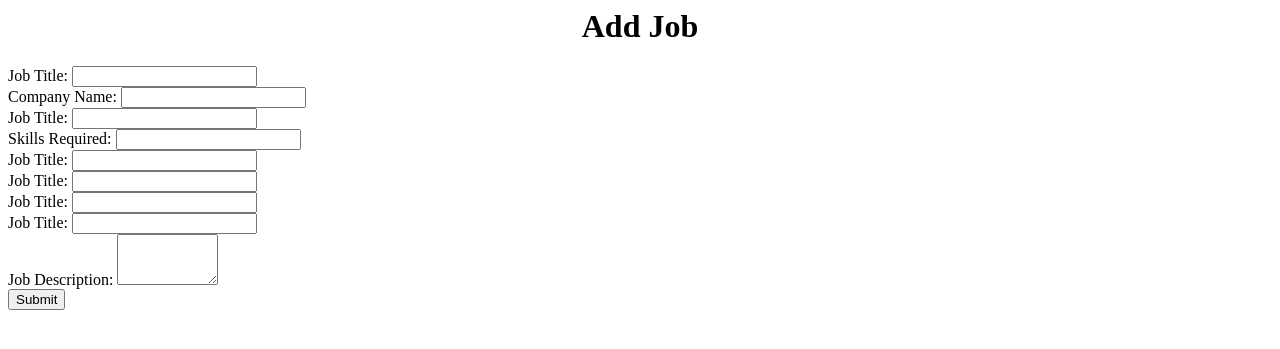
Repository: aneishkumar/AngularJS-Application
Page: Angularjs-Application-march30th/project2/WebContent/addjob.html
The author's editor kept a copy of each file at every save. The page is drawn from the files as they stood at one save, then again after the next save.
The browser window is 1280 px wide. The pictures show the whole page.

Above is the page before, as saved 2018-03-30 08:27:29.

### Angularjs-Application-march30th/project2/WebContent/addjob.html
<h1><center>Add Job</center></h1>
<div class="containter">
<form>
<div class="form-group">
<label>Job Title:</label>
<input type="text" ng-model="job.jobtitle">
</div>
<div class="form-group">
<label>Company Name:</label>
<input type="text" ng-model="job.companyname">
</div>
<div class="form-group">
<label>Job Title:</label>
<input type="text" ng-model="job.jobtitle">
</div>
<div class="form-group">
<label>Skills Required:</label>
<input type="text" ng-model="job.skillsRequired">
</div>
<div class="form-group">
<label>Job Title:</label>
<input type="text" ng-model="job.jobtitle">
</div>
<div class="form-group">
<label>Job Title:</label>
<input type="text" ng-model="job.jobtitle">
</div>
<div class="form-group">
<label>Job Title:</label>
<input type="text" ng-model="job.jobtitle">
</div>
<div class="form-group">
<label>Job Title:</label>
<input type="text" ng-model="job.jobtitle">
</div>

<div class="form-group">
<label>Job Description: </label>
<textarea  ng-model="job.description" rows="3" cols="10"  class="form-control"></textarea>
</div>
<input type="submit" ng-click="addblog(blog)">

</form>


</div>

After the next save:
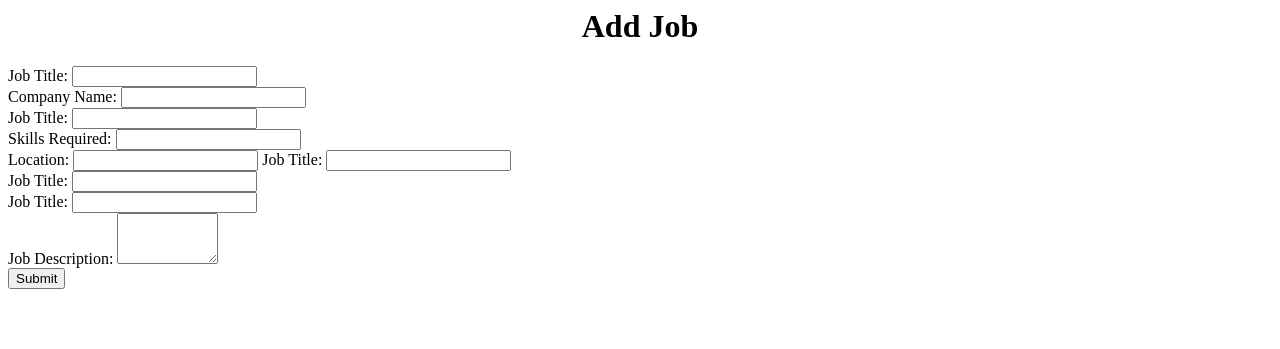
Saved 22 s later.
--- a/Angularjs-Application-march30th/project2/WebContent/addjob.html
+++ b/Angularjs-Application-march30th/project2/WebContent/addjob.html
@@ -18,8 +18,8 @@
 <input type="text" ng-model="job.skillsRequired">
 </div>
 <div class="form-group">
-<label>Job Title:</label>
-<input type="text" ng-model="job.jobtitle">
+<label>Location:</label>
+<input type="text" ng-model="job.location>
 </div>
 <div class="form-group">
 <label>Job Title:</label>
